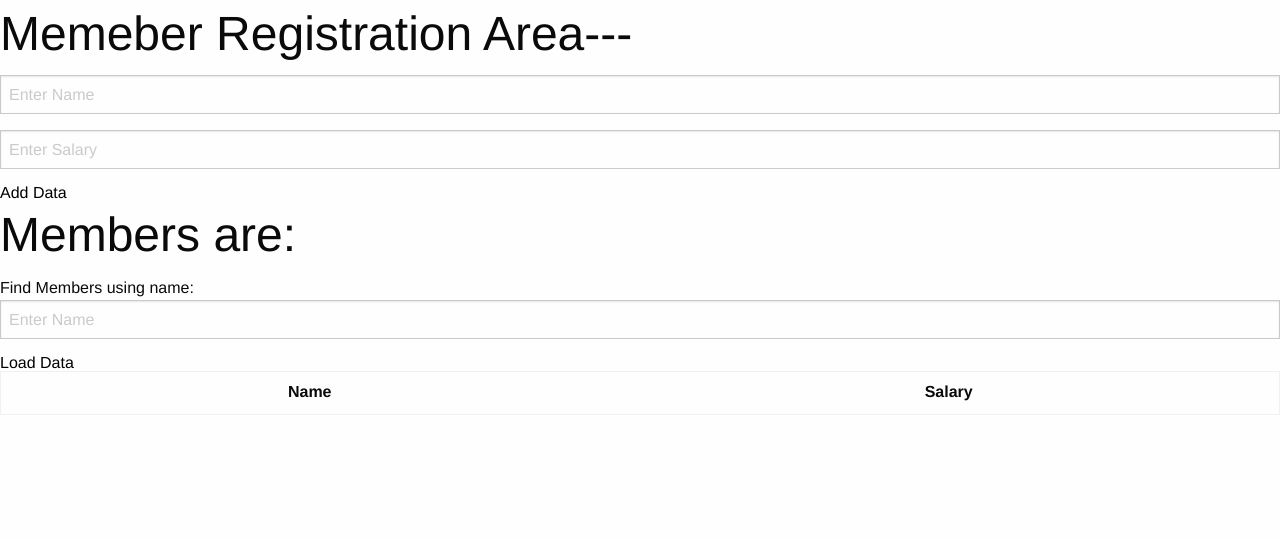
Repository: dhileepankruschev/spring-training
Page: http://localhost/Member/
These files come from the project's save history. The page is drawn as it stood at one moment and after the next save; the edit follows.
The browser window is 1280 px wide. The pictures show the whole page.
Some web libraries are served in a nearby version. The page is served by Tomcat 9. Nobody is signed in. The application's start-up code is not run. Other server files are loaded and not shown.

Above is the page before, as saved 2016-06-29 05:28:20.

### Member/src/main/webapp/index.jsp

<!DOCTYPE html PUBLIC "-//W3C//DTD HTML 4.01 Transitional//EN" "http://www.w3.org/TR/html4/loose.dtd">
<html>
<head>
<meta http-equiv="Content-Type" content="text/html; charset=ISO-8859-1">
<title>Insert title here</title>
<link
	href="https://cdnjs.cloudflare.com/ajax/libs/foundation/6.2.3/foundation.css"
	rel="stylesheet" />
</head>
<body ng-app="myApp" ng-controller="myController">


<h1>Memeber Registration Area---</h1>

{{message}}
<input type=text ng-model="member.name" placeholder="Enter Name"/>
<input type=text ng-model="member.salary" placeholder="Enter Salary"/>
<button ng-click="addData()">Add Data</button>
<br>
	<h1>Members are:</h1>
	Find Members using name: <input type=text ng-model="search.name" placeholder="Enter Name"/>
	<button ng-click="loadData()">Load Data</button>
	<table>
		<tr>
			<th>Name</th>
			<th>Salary</th>
		</tr>

		<tr ng-repeat="member in members | filter: search | orderBy:'name'">
			<td>{{member.name}}</td>
			<td>{{member.salary}}</td>
		</tr>

	</table>

	<script
		src="https://ajax.googleapis.com/ajax/libs/angularjs/1.5.7/angular.min.js
"></script>
	<script>
		var app = angular.module('myApp', []);

		app.controller('myController', function($scope, $http) {
			$scope.loadData = function() {
				$http({
					url : 'rest/findAll',
					method : 'GET'
				}).success(function(data) {
					console.log('Recieved something from the server')
					console.log(data);
					$scope.members = data;
				})
			};

			$scope.addData = function() {
				$http({
					url : 'rest/add',
					method : 'POST',
					data: $scope.member
				}).success(function(data, status) {
					console.log('Recieved something from the server')
					console.log(data);
					console.log(status);
					$scope.members = data;
					$scope.member={};
					if(status==201){
						$scope.message = "Registered Successfully"
						$scope.loadData();
					}

				})
			};


		})
	</script>
</body>
</html>

After the next save:
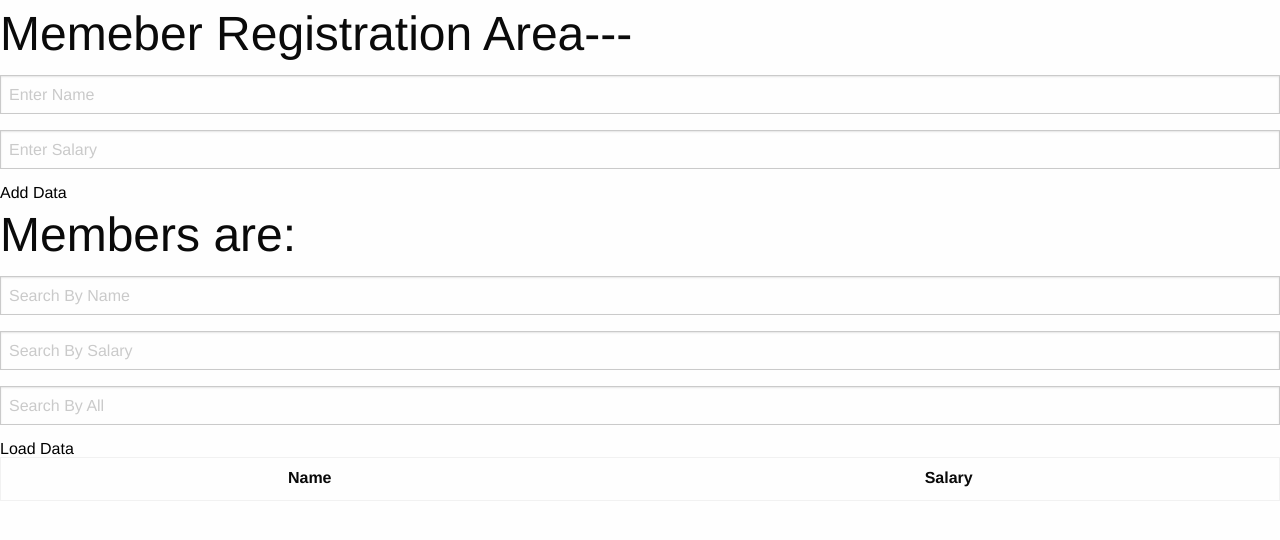
Saved 4 min 18 s later.
--- a/Member/src/main/webapp/index.jsp
+++ b/Member/src/main/webapp/index.jsp
@@ -19,7 +19,9 @@
 <button ng-click="addData()">Add Data</button>
 <br>
 	<h1>Members are:</h1>
-	Find Members using name: <input type=text ng-model="search.name" placeholder="Enter Name"/>
+	<input type=text ng-model="search.name" placeholder="Search By Name"/>
+	<input type=text ng-model="search.salary" placeholder="Search By Salary"/>
+	<input type=text ng-model="search.$" placeholder="Search By All"/>
 	<button ng-click="loadData()">Load Data</button>
 	<table>
 		<tr>
